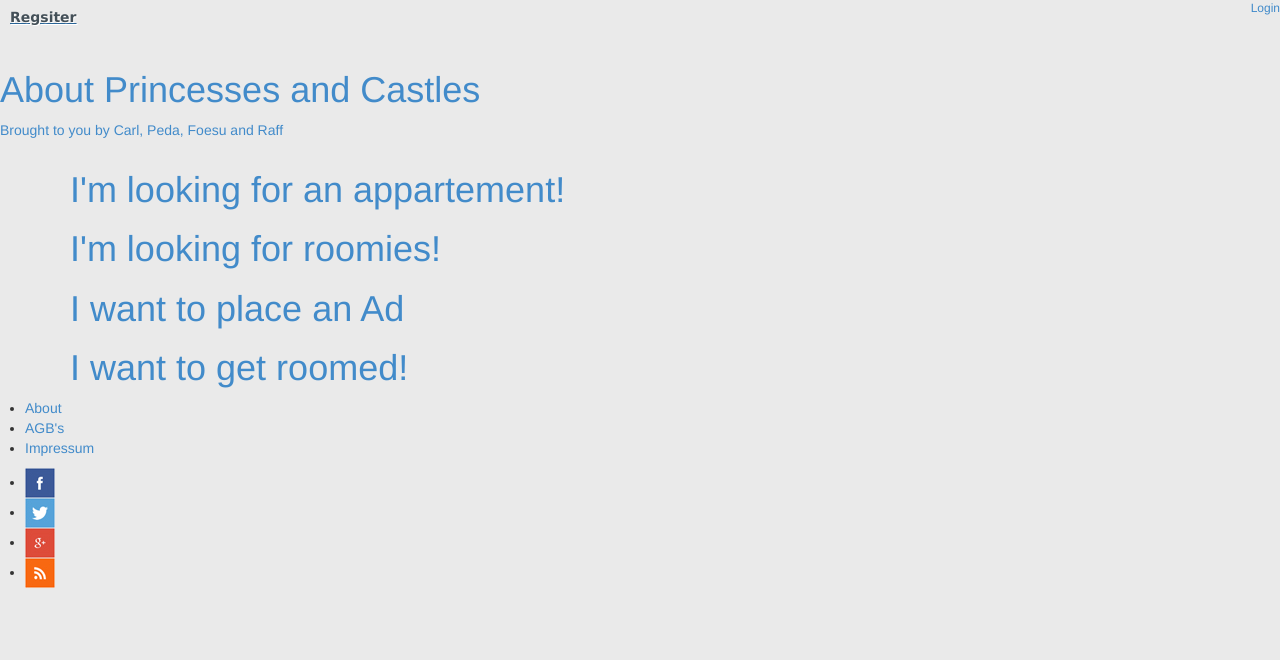
Repository: ese-unibe-ch/ese2014-team2
Page: http://localhost/Skeleton/pages/index.jsp
These files come from the project's save history. The page is drawn as it stood at one moment and after the next save; the edit follows.
The browser window is 1280 px wide. The pictures show the whole page.
Some web libraries are served in a nearby version. The page is served by Tomcat 9. Nobody is signed in. The application's start-up code is not run. The template is opened directly, without the code that normally fills it, so the values that code supplies are empty.

Above is the page before, as saved 2014-10-30 12:52:42.
Console error (its wording comes from the project's code and is left out).

After the next save:
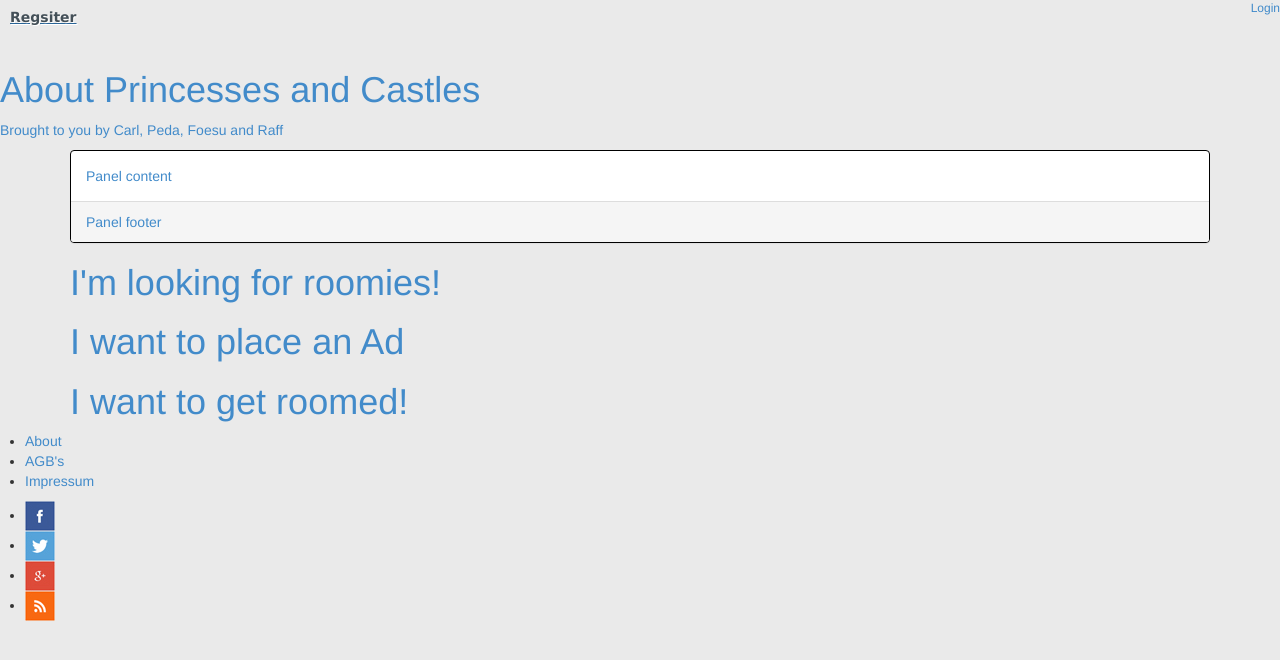
Saved 4 min 47 s later.
--- a/Skeleton/src/main/webapp/pages/index.jsp
+++ b/Skeleton/src/main/webapp/pages/index.jsp
@@ -10,8 +10,11 @@
 
 
 		<a href="ads">
-			<div class="main_button_left_big">
-					<h1>I'm looking for an appartement!</h1>
+			<div class="panel panel-info">
+  				<div class="panel-body">
+    				Panel content
+  				</div>
+  				<div class="panel-footer">Panel footer</div>
 			</div>
 		</a>
 
